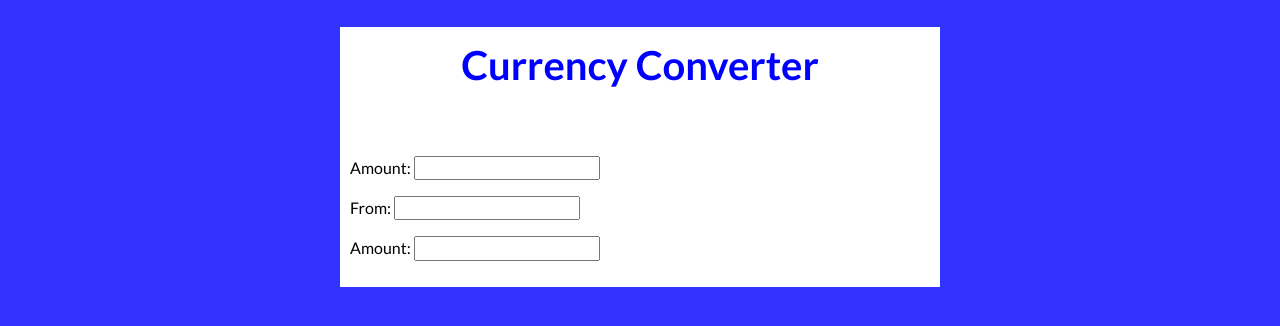
Repository: kkasperczyk/currency-converter
Page: index.html
The author's editor kept a copy of each file at every save. The page is drawn from the files as they stood at one save, then again after the next save.
The browser window is 1280 px wide. The pictures show the whole page.

Above is the page before, as saved 2020-06-15 22:17:56.

### index.html
<!DOCTYPE html>
<html lang="en">

<head>
    <meta charset="UTF-8">
    <meta name="viewport" content="width=device-width, initial-scale=1.0">
    <link rel="stylesheet" href="https://cdnjs.cloudflare.com/ajax/libs/normalize/8.0.1/normalize.min.css"
        integrity="sha256-l85OmPOjvil/SOvVt3HnSSjzF1TUMyT9eV0c2BzEGzU=" crossorigin="anonymous" />
    <link rel="stylesheet" href="css/global.css">
    <link rel="stylesheet" href="css/container.css">
    <link rel="stylesheet" href="css/header.css">
    <link rel="stylesheet" href="css/main.css">
    <script defer src="js/script.js"></script>
    <link href="https://fonts.googleapis.com/css2?family=Lato:ital,wght@0,400;0,700;1,400&display=swap" rel="stylesheet">
    <title>Currency Converter</title>
</head>

<body>
    <div class="container">
        <header class="header">
            <h1 class="header__title">Currency Converter</h1>
        </header>
        <main class="main">
            <form class="form">
                <p>
                    <label>
                        Amount:
                        <input type="number" name="amount">
                    </label>
                </p>
                <p>
                    <label>
                        From:
                        <input type="number" name="amount">
                    </label>
                </p>
                <p>
                    <label>
                        Amount:
                        <input type="number" name="amount">
                    </label>
                </p>
            </form>
        </main>
    </div>
</body>

</html>

### css/global.css
html {
  box-sizing: border-box;
}

*,
::after,
::before {
  box-sizing: inherit;
}

body {
  font-family: "Lato", sans-serif;
  background-color: hsl(240, 100%, 60%);
}

### css/container.css
.container {
    max-width: 600px;
    margin: 0 auto;
    background-color: white;
}

### css/header.css
.header {
    text-align: center;
}

.header__title {
    color: hsl(240, 100%, 50%);
    padding: 15px;
    font-size: 40px;
}

### css/main.css
.main {
    background-color: white;
    padding: 10px;
}

### js/script.js
console.log("Hi all developers! Nice to see you here.");

After the next save:
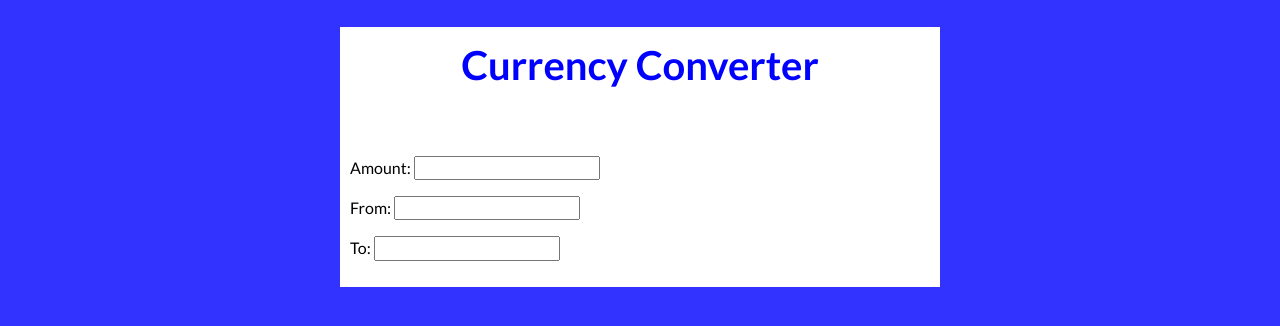
Saved 4 s later.
--- a/index.html
+++ b/index.html
@@ -36,7 +36,7 @@
                 </p>
                 <p>
                     <label>
-                        Amount:
+                        To:
                         <input type="number" name="amount">
                     </label>
                 </p>
